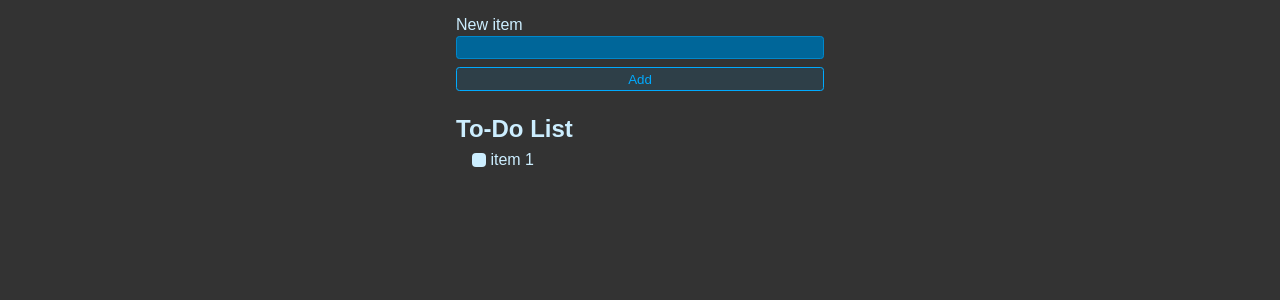
Repository: BellaMegasara/react_exercise_todolist
Page: / (app in react-to-do-list/)
These files come from the project's save history. The page is drawn as it stood at one moment and after a run of saves; the edit follows.
The browser window is 1280 px wide. The pictures show the whole page.
The project was rebuilt for these pictures with package versions that can differ from the ones it lists, and the page was loaded fresh each time. Also part of the build but not shown: react-to-do-list/vite.config.js.

Above is the page before, as saved 2024-07-17 15:19:33.

After the next 6 saves:
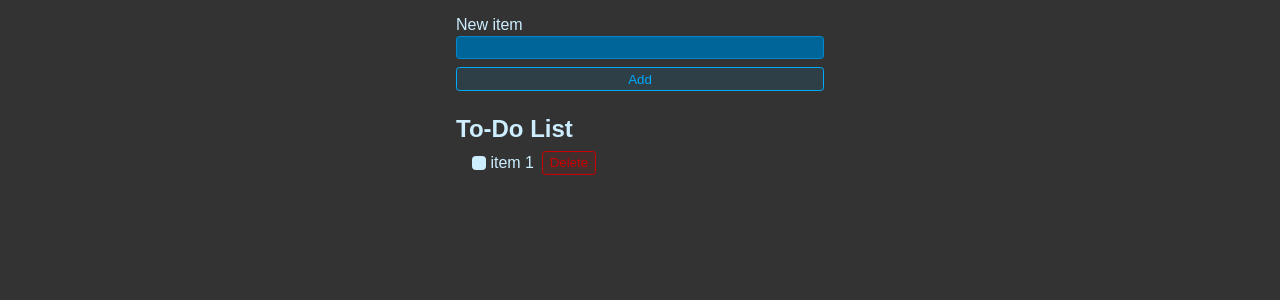
The 6 saves are shown as one change because 1 did not build or start and some came seconds apart.
The last was saved 23 s later.
--- a/react-to-do-list/src/App.jsx
+++ b/react-to-do-list/src/App.jsx
@@ -18,6 +18,7 @@ export default function App() {
           <input type="checkbox" />
           item 1
         </label>
+        <button className="btn btn-danger">Delete</button>
       </li>
 
     </ul>
